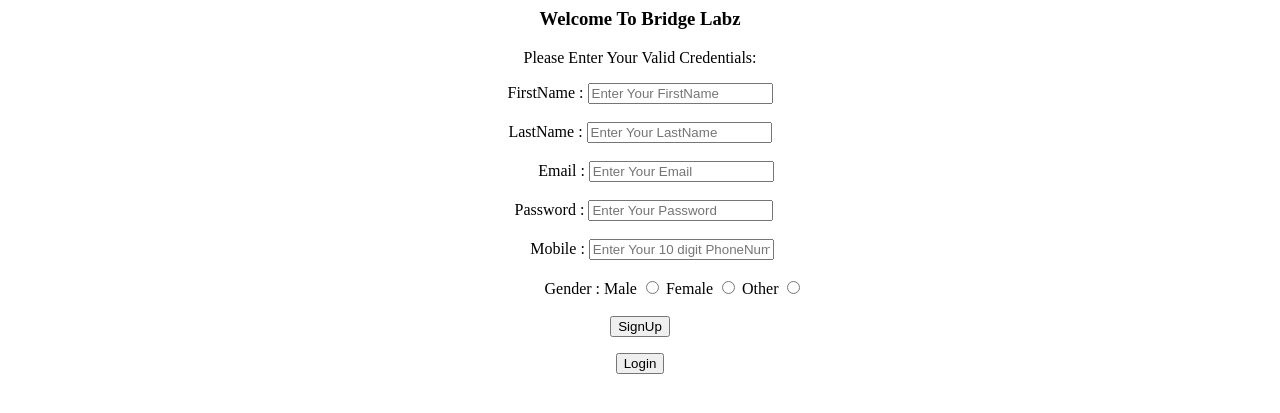
Repository: msibgathulla9980/Servlet
Page: ServletJdbcApp/WebContent/Registration.html
These files come from the project's save history. The page is drawn as it stood at one moment and after the next save; the edit follows.
The browser window is 1280 px wide. The pictures show the whole page.

Above is the page before, as saved 2019-01-24 04:38:51.

### ServletJdbcApp/WebContent/Registration.html
<html>
<head>
<h3><b><center>Welcome To Bridge Labz</center></b></h3>
</head>
<title>BridgeLabz Registration</title>
<center><p>Please Enter Your Valid Credentials: </p></center>
<body>
<center>
<form action="Register" method="post">
FirstName : <input type="text" name="firstName" placeholder="Enter Your FirstName" required/><br><br>
LastName : <input type="text" name="lastName" placeholder="Enter Your LastName" required/><br><br>
&nbsp;&nbsp;&nbsp;&nbsp;&nbsp;&nbsp;&nbsp;&nbsp;Email : <input type="email" name="email" placeholder="Enter Your Email" required/><br><br>
&nbsp;&nbsp;Password : <input type="password" name="password" placeholder="Enter Your Password" required/><br><br>
&nbsp;&nbsp;&nbsp;&nbsp;&nbsp;&nbsp;Mobile   : <input type="text" name="phoneNumber" placeholder="Enter Your 10 digit PhoneNumber" required/><br><br>
&nbsp;&nbsp;&nbsp;&nbsp;&nbsp;&nbsp;&nbsp;&nbsp;&nbsp;&nbsp;&nbsp;&nbsp;&nbsp;&nbsp;&nbsp;&nbsp;&nbsp;Gender   :
<label for="male">Male</label>
  <input type="radio" name="gender" id="male" value="male" >
  <label for="female">Female</label>
 <input type="radio" name="gender" id="female" value="female" >
  <label for="other">Other</label>
 <input type="radio" name="gender" id="other" value="other" ><br><br>
<input type="submit" name="submit" value="SignUp"/>
</form>
<a href=login.html ><input type="submit" value="Login"/></a>
<center>
</body>
</html>

After the next save:
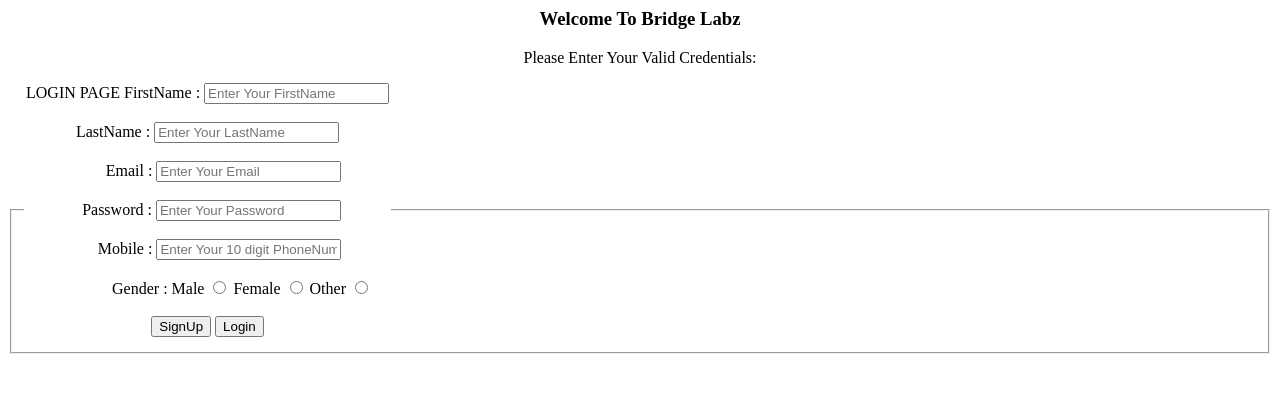
Saved 4 min 21 s later.
--- a/ServletJdbcApp/WebContent/Registration.html
+++ b/ServletJdbcApp/WebContent/Registration.html
@@ -7,6 +7,8 @@
 <body>
 <center>
 <form action="Register" method="post">
+<fieldset>
+<legend>LOGIN PAGE
 FirstName : <input type="text" name="firstName" placeholder="Enter Your FirstName" required/><br><br>
 LastName : <input type="text" name="lastName" placeholder="Enter Your LastName" required/><br><br>
 &nbsp;&nbsp;&nbsp;&nbsp;&nbsp;&nbsp;&nbsp;&nbsp;Email : <input type="email" name="email" placeholder="Enter Your Email" required/><br><br>
